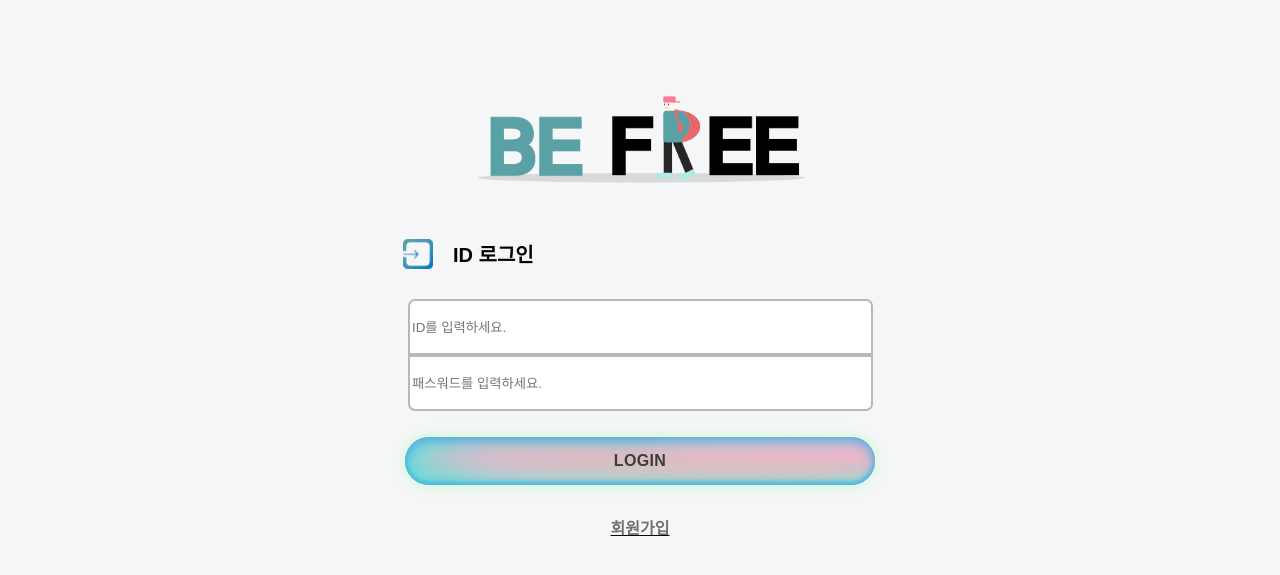
Repository: 1912087/Klavier_Piano
Page: http://localhost/notice/login.jsp
An editor plug-in stored every save of this project. The page is shown before and after a run of saves, followed by the edit.
The browser window is 1280 px wide. The pictures show the whole page.
Some web fonts or font styles are not loaded; a fallback is used. The page is served by Tomcat 9. Other server files are loaded and not shown.

Above is the page before, as saved 2021-11-08 16:37:54.

### Notice/notice/WebContent/login.jsp
<%@ page language="java" contentType="text/html; charset=UTF-8"
    pageEncoding="UTF-8"%>

<!DOCTYPE html>
<html>
    <head>
        <meta charset="UTF-8">
        <link rel="preconnect" href="https://fonts.googleapis.com">
        <link rel="preconnect" href="https://fonts.gstatic.com" crossorigin>
        <link href="https://fonts.googleapis.com/css2?family=Gowun+Dodum&display=swap" rel="stylesheet">
        <title>BE FREE</title>
           <link href="${pageContext.request.contextPath}/css/login_design.css" rel="stylesheet" type="text/css">
    </head>
    <body>
        <div class="all">
        <header>
            <div class="name">
                <a href="main.html"><img class="logo" src="images/BE_FREE.png"></a>
            </div>
        </header>
        <!--<hr>-->

        <div class="aa">
            <ul class="login_menu">
                <li><img class="login_icon" src="images/login_Icon.png"></li>
                <li><h2>ID 로그인</h2></li>
            </ul>
            <form method="post" action="loginAction.jsp">
                <ul class="login_system">
                    <li><input class="id" type="text"size="43" name="userID" placeholder="ID를 입력하세요."></li>
                    <li><input class="pw" type="password"size="43" name="userPassword" placeholder="패스워드를 입력하세요."></li>
                </ul>
                <button class="ios-15">
                    <div class="wrapper">
                        <span>LOGIN</span>
                        <div class="circle circle-12"></div>
                        <div class="circle circle-11"></div>
                        <div class="circle circle-10"></div>
                        <div class="circle circle-9"></div>
                        <div class="circle circle-8"></div>
                        <div class="circle circle-7"></div>
                        <div class="circle circle-6"></div>
                        <div class="circle circle-5"></div>
                        <div class="circle circle-4"></div>
                        <div class="circle circle-3"></div>
                        <div class="circle circle-2"></div>
                        <div class="circle circle-1"></div>
                    </div>
                </button>
            </form>
            <u><b><a href="약관내용.html">회원가입</a></b></u>
        </div>
    </div>
    </body>
</html>

### Notice/notice/WebContent/css/login_design.css

            body{
                background-color: #f5f6f7;
                font-family: 'Gowun Dodum', sans-serif;
            }
            ul {list-style-type: none;}
            input {height:40px;}
            a {text-decoration: none;
                color: rgb(114, 114, 114);}
            .all {
                padding-top:15px;
                margin:0 auto;
                width:995px;
            }
            .name{
                margin: 70px 0px 0px 0px;
            }
            .logo{
                display: flex;
                /*position : relative;*/
                height: 100px;
                /*left: 32.3%;*/
                /*top: 70px;*/
                z-index: 10;
                margin: 0 auto;
            }
            .aa{
                height: 400px;
                /* background-color: #f5f6f7; */
                text-align: center;
                width: 600px;
                padding-top: 30px;
                width: 600px;
                /* position: relative; */
                /* left: 19.25%; */
                 margin: 0 auto;
            }
            .login_menu > ul{
                display: inline-block;
            }
            .login_icon{
                width: 30px;
                float: left;
                margin-left: 62px;
            }
            h2{
                font-size: 20px;
                /* color: gray; */
                /*position: absolute;
                left: 110px;*/
                /*top: 236.2px; */
                /* right: 20%; */
                float: left;
                margin: 0px 0px 0px 20px;
            }
            .aa li{ margin-left:-39px;}

            /*.aa a:hover{ color:goldenrod;}*/

            .aa2{
                margin:0 auto;
                width:470px;
                height: 38px;
                background-color: rgb(89, 161, 165);
                border-radius: 7px;
                position: relative;
                top: 70px;
                height: 50px;
                text-align: center;
                line-height: 50px;
                font-weight: bold;
                cursor: pointer;
                transition: all .25s;
                color: white;
                font-size:15px;
            }

            .id{
                border-radius: 7px 7px 0px 0px;
                width: 457px;
                height: 50px;
                border-color: #b8b8b8;
                box-shadow: none;
                border-style: solid;
            }
            .pw{
                border-radius: 0px 0px 7px 7px;
                width: 457px;
                height: 50px;
                border-color: #b8b8b8;
                box-shadow: none;
                border-style: solid;
            }

            .login_system{
                clear: both;
                position: relative;
                top: 30px;
            }

            .aa >u>a{
                color:gray;
                font-size:13px;
                position: relative;
                top: 70px;
            }
            u{
                position: relative;
                top: 70px;
            }
            .ios-15 {
                --duration: 7s;
                --easing: linear;
                --c-color-1: #a2d2ff;
                --c-color-2: #ffafcc;
                --c-color-3: #57cc99;
                --c-color-4: #80ed99;
                --c-shadow: #c7f9cc;
                --c-shadow-inset-top: #4ea8de;
                --c-shadow-inset-bottom: #48bfe3;
                --c-radial-inner: #56cfe1;
                --c-radial-outer: #64dfdf;
                --c-color: #fff;
                -webkit-tap-highlight-color: transparent;
                -webkit-appearance: none;
                outline: none;
                position: relative;
                cursor: pointer;
                border: none;
                display: table;
                border-radius: 24px;
                padding: 0;
                margin: 0 auto;
                text-align: center;
                font-weight: 600;
                font-size: 16px;
                letter-spacing: .02em;
                line-height: 1.5;
                color: var(--c-color);
                background: radial-gradient(circle, var(--c-radial-inner), var(--c-radial-outer) 80%);
                box-shadow: 0 0 14px var(--c-shadow);
                top: 40px;
                width: 470px;
            }
            .ios-15:before {
                content: '';
                pointer-events: none;
                position: absolute;
                z-index: 3;
                left: 0;
                top: 0;
                right: 0;
                bottom: 0;
                border-radius: 24px;
                box-shadow: inset 0 3px 12px var(--c-shadow-inset-top), inset 0 -3px 4px var(--c-shadow-inset-bottom);
            }
            .ios-15 .wrapper {
                -webkit-mask-image: -webkit-radial-gradient(white, black);
                overflow: hidden;
                border-radius: 24px;
                min-width: 300px;
                padding: 12px 0;
            }
            .ios-15 .wrapper span {
                display: inline-block;
                position: relative;
                z-index: 1;
                color: rgb(60, 60, 61);
                font-weight: bold;
            }
            .ios-15 .wrapper .circle {
                position: absolute;
                left: 0;
                top: 0;
                width: 470px;
                height: 40px;
                border-radius: 50%;
                -webkit-filter: blur(var(--blur, 8px));
                        filter: blur(var(--blur, 8px));
                background: var(--background, transparent);
                -webkit-transform: translate(var(--x, 0), var(--y, 0)) translateZ(0);
                        transform: translate(var(--x, 0), var(--y, 0)) translateZ(0);
                -webkit-animation: var(--animation, none) var(--duration) var(--easing) infinite;
                        animation: var(--animation, none) var(--duration) var(--easing) infinite;
            }
            .ios-15 .wrapper .circle.circle-1, .ios-15 .wrapper .circle.circle-9, .ios-15 .wrapper .circle.circle-10 {
                --background: var(--c-color-4);
                --blur: 55px;
            }
            .ios-15 .wrapper .circle.circle-3, .ios-15 .wrapper .circle.circle-4 {
                --background: var(--c-color-2);
                --blur: 14px;
            }
            .ios-15 .wrapper .circle.circle-5, .ios-15 .wrapper .circle.circle-6 {
                --background: var(--c-color-3);
                --blur: 16px;
            }
            .ios-15 .wrapper .circle.circle-2, .ios-15 .wrapper .circle.circle-7, .ios-15 .wrapper .circle.circle-8, .ios-15 .wrapper .circle.circle-11, .ios-15 .wrapper .circle.circle-12 {
                --background: var(--c-color-1);
                --blur: 12px;
            }
            .ios-15 .wrapper .circle.circle-1 {
                --x: 10px;
                --y: -40px;
                --animation: circle-1;
            }
            .ios-15 .wrapper .circle.circle-2 {
                --x: 270px;
                --y: 8px;
                --animation: circle-2;
            }
            .ios-15 .wrapper .circle.circle-3 {
                --x: -12px;
                --y: -12px;
                --animation: circle-3;
            }
            .ios-15 .wrapper .circle.circle-4 {
                --x: 350px;
                --y: -12px;
                --animation: circle-4;
            }
            .ios-15 .wrapper .circle.circle-5 {
                --x: 150px;
                --y: -4px;
                --animation: circle-5;
            }
            .ios-15 .wrapper .circle.circle-6 {
                --x: 79px;
                --y: 46px;
                --animation: circle-6;
            }
            .ios-15 .wrapper .circle.circle-7 {
                --x: 8px;
                --y: 58px;
                --animation: circle-7;
            }
            .ios-15 .wrapper .circle.circle-8 {
                --x: 58px;
                --y: -4px;
                --animation: circle-8;
            }
            .ios-15 .wrapper .circle.circle-9 {
                --x: 50px;
                --y: -12px;
                --animation: circle-9;
            }
            .ios-15 .wrapper .circle.circle-10 {
                --x: 64px;
                --y: 16px;
                --animation: circle-10;
            }
            .ios-15 .wrapper .circle.circle-11 {
                --x: 4px;
                --y: 4px;
                --animation: circle-11;
            }
            .ios-15 .wrapper .circle.circle-12 {
                --blur: 14px;
                --x: 52px;
                --y: 4px;
                --animation: circle-12;
            }

            @-webkit-keyframes circle-1 {
                33% {
                    -webkit-transform: translate(0px, 16px) translateZ(0);
                            transform: translate(0px, 16px) translateZ(0);
                }
                66% {
                    -webkit-transform: translate(12px, 80px) translateZ(0);
                            transform: translate(12px, 80px) translateZ(0);
                }
            }

            @keyframes circle-1 {
                33% {
                    -webkit-transform: translate(0px, 16px) translateZ(0);
                            transform: translate(0px, 16px) translateZ(0);
                }
                66% {
                    -webkit-transform: translate(12px, 80px) translateZ(0);
                            transform: translate(12px, 80px) translateZ(0);
                }
            }
            @-webkit-keyframes circle-2 {
                33% {
                    -webkit-transform: translate(80px, -10px) translateZ(0);
                            transform: translate(80px, -10px) translateZ(0);
                }
                66% {
                    -webkit-transform: translate(72px, -48px) translateZ(0);
                            transform: translate(72px, -48px) translateZ(0);
                }
            }
            @keyframes circle-2 {
                33% {
                    -webkit-transform: translate(80px, -10px) translateZ(0);
                            transform: translate(80px, -10px) translateZ(0);
                }
                66% {
                    -webkit-transform: translate(72px, -48px) translateZ(0);
                            transform: translate(72px, -48px) translateZ(0);
                }
            }
            @-webkit-keyframes circle-3 {
                33% {
                    -webkit-transform: translate(20px, 12px) translateZ(0);
                            transform: translate(20px, 12px) translateZ(0);
                }
                66% {
                    -webkit-transform: translate(12px, 4px) translateZ(0);
                            transform: translate(12px, 4px) translateZ(0);
                }
            }
            @keyframes circle-3 {
                33% {
                    -webkit-transform: translate(20px, 12px) translateZ(0);
                            transform: translate(20px, 12px) translateZ(0);
                }
                66% {
                    -webkit-transform: translate(12px, 4px) translateZ(0);
                            transform: translate(12px, 4px) translateZ(0);
                }
            }
            @-webkit-keyframes circle-4 {
                33% {
                    -webkit-transform: translate(76px, -12px) translateZ(0);
                            transform: translate(76px, -12px) translateZ(0);
                }
                66% {
                    -webkit-transform: translate(222px, -8px) translateZ(0);
                            transform: translate(222px, -8px) translateZ(0);
                }
            }
            @keyframes circle-4 {
                33% {
                    -webkit-transform: translate(76px, -12px) translateZ(0);
                            transform: translate(76px, -12px) translateZ(0);
                }
                66% {
                    -webkit-transform: translate(222px, -8px) translateZ(0);
                            transform: translate(222px, -8px) translateZ(0);
                }
            }
            @-webkit-keyframes circle-5 {
                33% {
                    -webkit-transform: translate(84px, 28px) translateZ(0);
                            transform: translate(84px, 28px) translateZ(0);
                }
                66% {
                    -webkit-transform: translate(40px, -32px) translateZ(0);
                            transform: translate(40px, -32px) translateZ(0);
                }
            }
            @keyframes circle-5 {
                33% {
                    -webkit-transform: translate(84px, 28px) translateZ(0);
                            transform: translate(84px, 28px) translateZ(0);
                }
                66% {
                    -webkit-transform: translate(40px, -32px) translateZ(0);
                            transform: translate(40px, -32px) translateZ(0);
                }
            }
            @-webkit-keyframes circle-6 {
                33% {
                    -webkit-transform: translate(28px, -16px) translateZ(0);
                            transform: translate(28px, -16px) translateZ(0);
                }
                66% {
                    -webkit-transform: translate(76px, -56px) translateZ(0);
                            transform: translate(76px, -56px) translateZ(0);
                }
            }
            @keyframes circle-6 {
                33% {
                    -webkit-transform: translate(28px, -16px) translateZ(0);
                            transform: translate(28px, -16px) translateZ(0);
                }
                66% {
                    -webkit-transform: translate(76px, -56px) translateZ(0);
                            transform: translate(76px, -56px) translateZ(0);
                }
            }
            @-webkit-keyframes circle-7 {
                33% {
                    -webkit-transform: translate(8px, 28px) translateZ(0);
                            transform: translate(8px, 28px) translateZ(0);
                }
                66% {
                    -webkit-transform: translate(20px, -60px) translateZ(0);
                            transform: translate(20px, -60px) translateZ(0);
                }
            }
            @keyframes circle-7 {
                33% {
                    -webkit-transform: translate(8px, 28px) translateZ(0);
                            transform: translate(8px, 28px) translateZ(0);
                }
                66% {
                    -webkit-transform: translate(20px, -60px) translateZ(0);
                            transform: translate(20px, -60px) translateZ(0);
                }
            }
            @-webkit-keyframes circle-8 {
                33% {
                    -webkit-transform: translate(32px, -4px) translateZ(0);
                            transform: translate(32px, -4px) translateZ(0);
                }
                66% {
                    -webkit-transform: translate(56px, -20px) translateZ(0);
                            transform: translate(56px, -20px) translateZ(0);
                }
            }
            @keyframes circle-8 {
                33% {
                    -webkit-transform: translate(32px, -4px) translateZ(0);
                            transform: translate(32px, -4px) translateZ(0);
                }
                66% {
                    -webkit-transform: translate(56px, -20px) translateZ(0);
                            transform: translate(56px, -20px) translateZ(0);
                }
            }
            @-webkit-keyframes circle-9 {
                33% {
                    -webkit-transform: translate(20px, -12px) translateZ(0);
                            transform: translate(20px, -12px) translateZ(0);
                }
                66% {
                    -webkit-transform: translate(80px, -8px) translateZ(0);
                            transform: translate(80px, -8px) translateZ(0);
                }
            }
            @keyframes circle-9 {
                33% {
                    -webkit-transform: translate(20px, -12px) translateZ(0);
                            transform: translate(20px, -12px) translateZ(0);
                }
                66% {
                    -webkit-transform: translate(80px, -8px) translateZ(0);
                            transform: translate(80px, -8px) translateZ(0);
                }
            }
            @-webkit-keyframes circle-10 {
                33% {
                    -webkit-transform: translate(68px, 20px) translateZ(0);
                            transform: translate(68px, 20px) translateZ(0);
                }
                66% {
                    -webkit-transform: translate(100px, 28px) translateZ(0);
                            transform: translate(100px, 28px) translateZ(0);
                }
            }
            @keyframes circle-10 {
                33% {
                    -webkit-transform: translate(68px, 20px) translateZ(0);
                            transform: translate(68px, 20px) translateZ(0);
                }
                66% {
                    -webkit-transform: translate(200px, 28px) translateZ(0);
                            transform: translate(200px, 28px) translateZ(0);
                }
            }
            @-webkit-keyframes circle-11 {
                33% {
                    -webkit-transform: translate(4px, 4px) translateZ(0);
                            transform: translate(4px, 4px) translateZ(0);
                }
                66% {
                    -webkit-transform: translate(68px, 20px) translateZ(0);
                            transform: translate(68px, 20px) translateZ(0);
                }
            }
            @keyframes circle-11 {
                33% {
                    -webkit-transform: translate(4px, 4px) translateZ(0);
                            transform: translate(4px, 4px) translateZ(0);
                }
                66% {
                    -webkit-transform: translate(68px, 20px) translateZ(0);
                            transform: translate(68px, 20px) translateZ(0);
                }
            }
            @-webkit-keyframes circle-12 {
                33% {
                    -webkit-transform: translate(56px, 0px) translateZ(0);
                            transform: translate(56px, 0px) translateZ(0);
                }
                66% {
                    -webkit-transform: translate(60px, -32px) translateZ(0);
                            transform: translate(60px, -32px) translateZ(0);
                }
            }
            @keyframes circle-12 {
                33% {
                    -webkit-transform: translate(56px, 0px) translateZ(0);
                            transform: translate(56px, 0px) translateZ(0);
                }
                66% {
                    -webkit-transform: translate(60px, -32px) translateZ(0);
                            transform: translate(60px, -32px) translateZ(0);
                }
            }

After the next 2 saves:
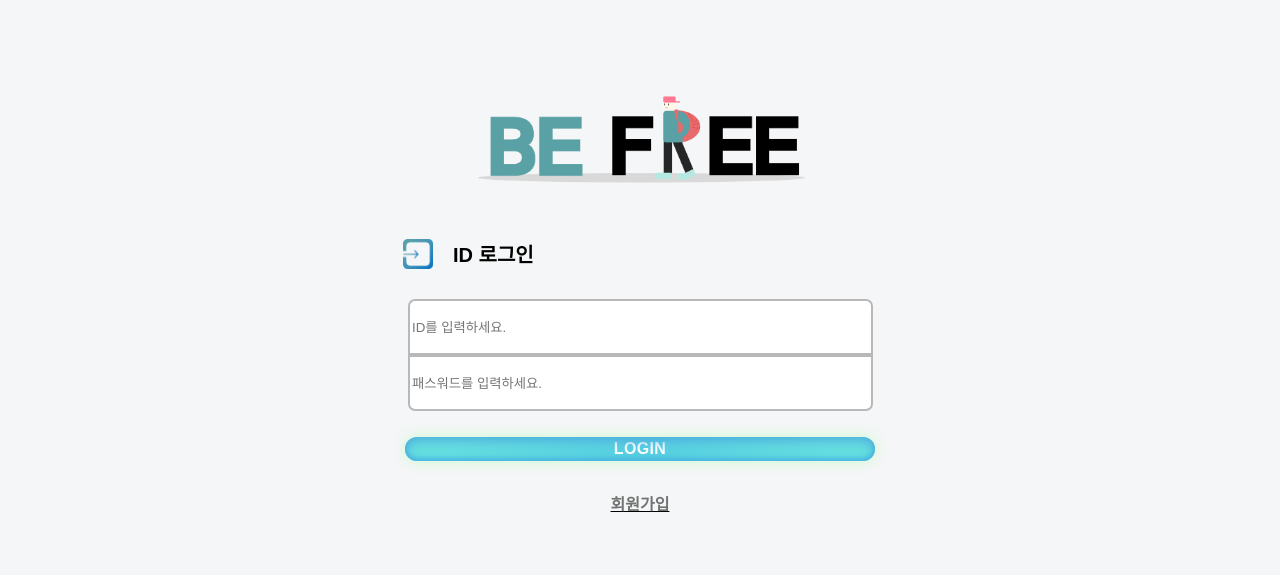
The 2 saves are shown as one change because they came seconds apart.
The last was saved 67 min 37 s later.
--- a/Notice/notice/WebContent/login.jsp
+++ b/Notice/notice/WebContent/login.jsp
@@ -30,23 +30,7 @@
                     <li><input class="id" type="text"size="43" name="userID" placeholder="ID를 입력하세요."></li>
                     <li><input class="pw" type="password"size="43" name="userPassword" placeholder="패스워드를 입력하세요."></li>
                 </ul>
-                <button class="ios-15">
-                    <div class="wrapper">
-                        <span>LOGIN</span>
-                        <div class="circle circle-12"></div>
-                        <div class="circle circle-11"></div>
-                        <div class="circle circle-10"></div>
-                        <div class="circle circle-9"></div>
-                        <div class="circle circle-8"></div>
-                        <div class="circle circle-7"></div>
-                        <div class="circle circle-6"></div>
-                        <div class="circle circle-5"></div>
-                        <div class="circle circle-4"></div>
-                        <div class="circle circle-3"></div>
-                        <div class="circle circle-2"></div>
-                        <div class="circle circle-1"></div>
-                    </div>
-                </button>
+                <button class="ios-15"><span>LOGIN</span></button>
             </form>
             <u><b><a href="약관내용.html">회원가입</a></b></u>
         </div>
